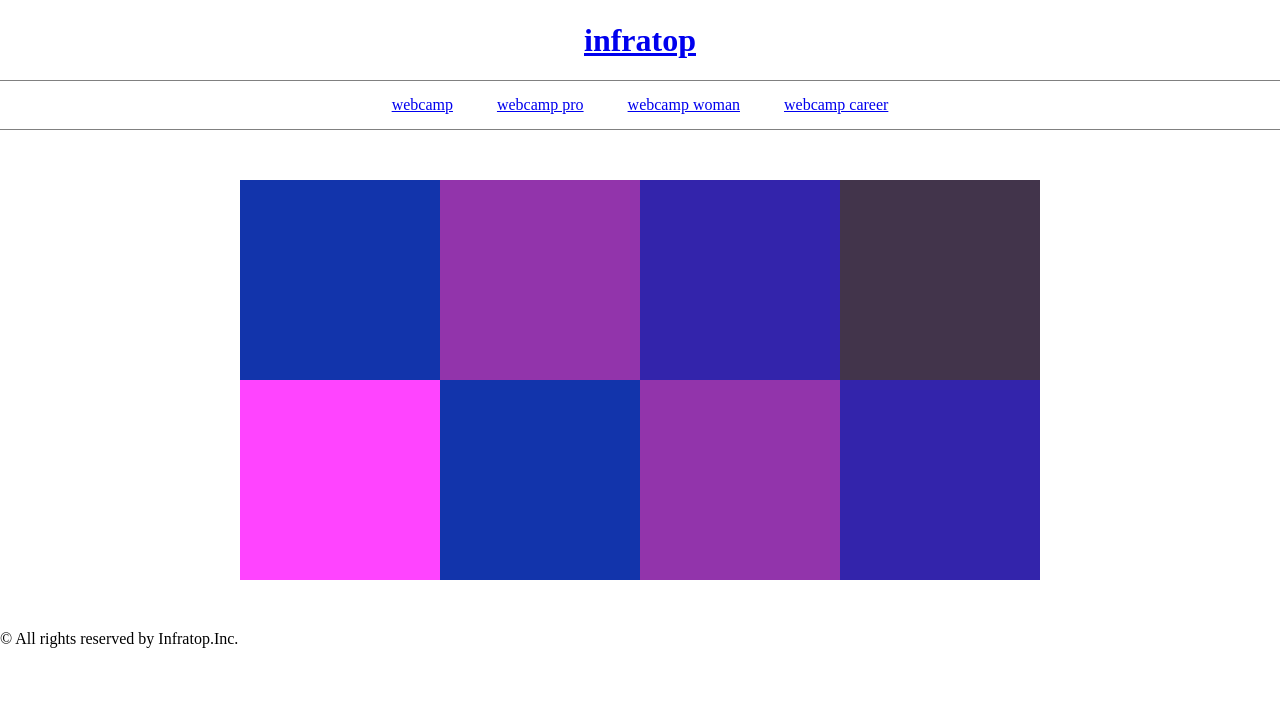
Repository: t-sato-infratop/environment
Page: chapter5_exercise/chapter5_exercise.html
The author's editor kept a record of every edit. The page is drawn from the files as they stood at one moment, then again after the next edit.
The browser window is 1280 px wide. The pictures show the whole page.

Above is the page before.

### chapter5_exercise/chapter5_exercise.html
<!DOCTYPE html>
<html lang="ja">
  <head>
    <meta charset="UTF-8" />
    <link rel="stylesheet" href="chapter5_exercise.css" />
    <title>CARAVAN</title>
  </head>

<body>
  <header>
    <h1 class="header">
      <a href="chapter5_exercise.html">
        infratop
      </a>
    </h1>
  </header>

  <nav>
    <ul class="nav-list">
      <li class="nav-list-item">
        <a href="chapter5_exercise">webcamp</a>
      </li>
      <li class="nav-list-item">
        <a href="chapter5_exercise">webcamp pro</a>
      </li>
      <li class="nav-list-item">
        <a href="chapter5_exercise">webcamp woman</a>
      </li>
      <li class="nav-list-item">
        <a href="chapter5_exercise">webcamp career</a>
      </li>
    </ul>
  </nav>

  <div class="main">
    <div class="box1"></div>
    <div class="box2"></div>
    <div class="box3"></div>
    <div class="box4"></div>
    <div class="box5"></div>
    <div class="box6"></div>
    <div class="box7"></div>
    <div class="box8"></div>
    <div class="box9"></div>
    <div class="box10"></div>
    <div class="box11"></div>
    <div class="box12"></div>
  </div>

  <footer>
    <p class="footer-text">© All rights reserved by Infratop.Inc.</p>
  </footer>

</body>

### chapter5_exercise/chapter5_exercise.css
* {
  margin: 0;
  padding: 0;
  box-sizing: border-box;
}


header {
  padding: 20px 0;
  line-height: 40px;
  text-align: center;
}

.nav-list {
  text-align: center;
  padding: 15px 0;
  margin: 0 auto;
  border-top: solid 1px gray;
  border-bottom: solid 1px gray;
}

.nav-list-item {
  list-style: none;
  display: inline-block;
  margin: 0 20px;
}

.main {
  margin: 50px auto;
  width: 800px;
  display: flex;
  flex-wrap: wrap;
}

.box1 {
  width: 200px;
  height: 200px;
  background-color: #1234ab
}

.box2 {
  width: 200px;
  height: 200px;
  background-color: #9234ab
}

.box3 {
  width: 200px;
  height: 200px;
  background-color: #3324ab
}

.box4 {
  width: 200px;
  height: 200px;
  background-color: #42344b
}

.box5 {
  width: 200px;
  height: 200px;
  background-color: #ff44ff
}

.box6 {
  width: 200px;
  height: 200px;
  background-color: #1234ab
}

.box7 {
  width: 200px;
  height: 200px;
  background-color: #9234ab
}

.box8 {
  width: 200px;
  height: 200px;
  background-color: #3324ab
}

.box4 {
  width: 200px;
  height: 200px;
  background-color: #42344b
}

.box5 {
  width: 200px;
  height: 200px;
  background-color: #ff44ff
}

After the next edit:
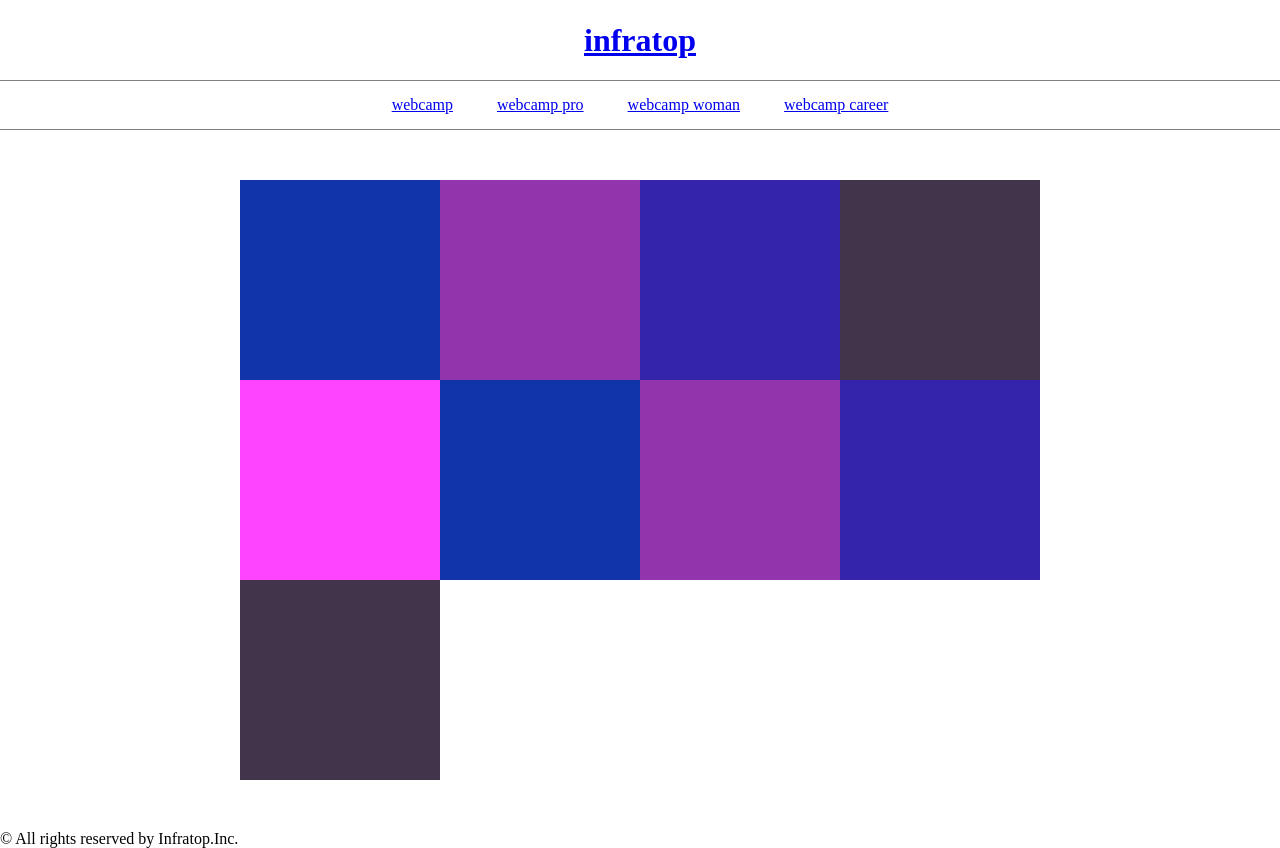
The edit:
--- a/chapter5_exercise/chapter5_exercise.css
+++ b/chapter5_exercise/chapter5_exercise.css
@@ -80,7 +80,7 @@
   background-color: #3324ab
 }
 
-.box4 {
+.box9 {
   width: 200px;
   height: 200px;
   background-color: #42344b
